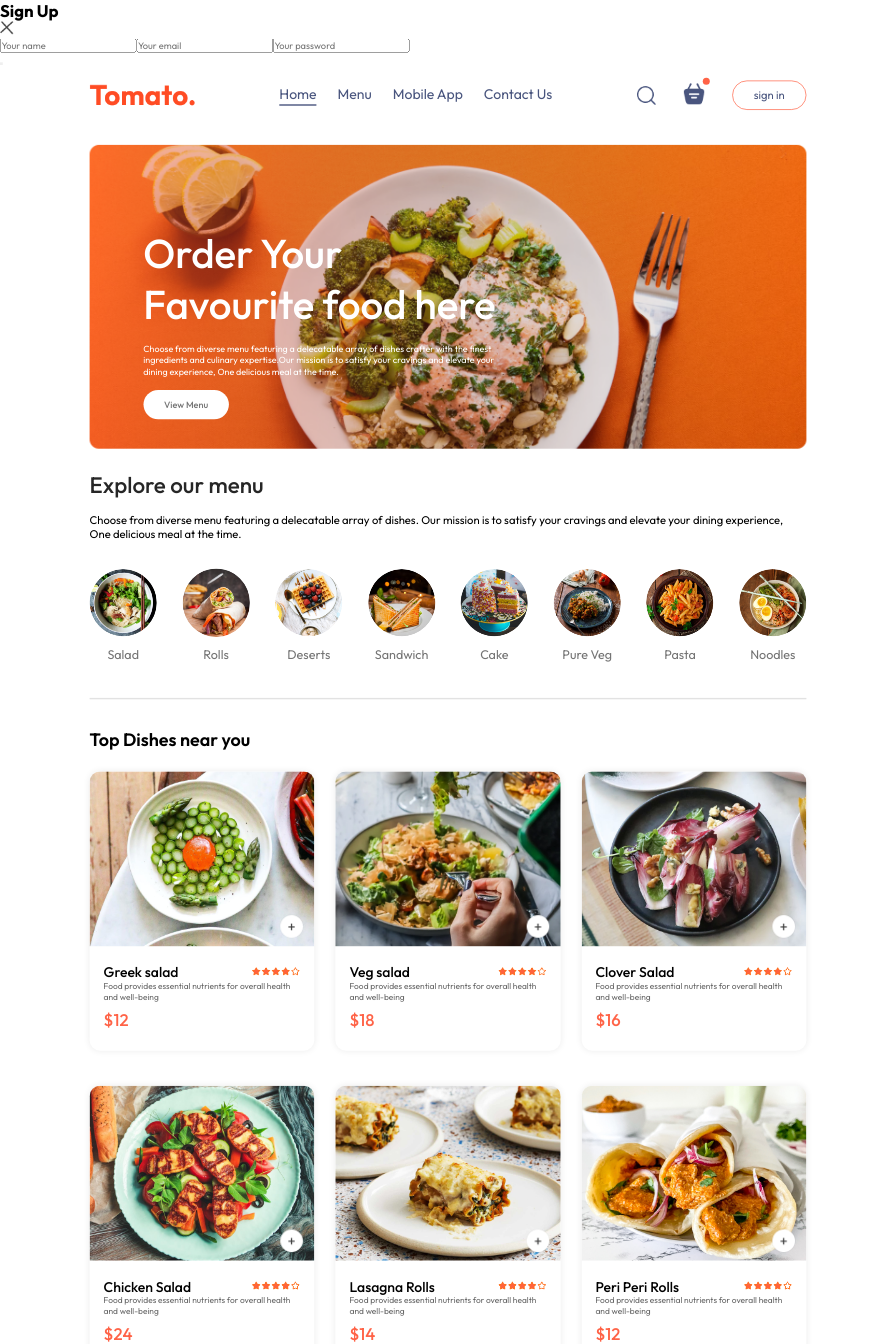
Repository: esakkiraj8104/FOOD_ORDER1
Page: /, after clicking the first element matching `button`
The author's editor kept a copy of each file at every save. The page is drawn from the files as they stood at one save, then again after a run of saves.
The browser window is 1280 px wide. The pictures show the part of the page from y = 0 to 1920 px (the page is 6808 px tall before and 6809 px after), at 70% of full size.
The project was rebuilt for these pictures with package versions that can differ from the ones it lists, and the page was loaded fresh each time. Also part of the build but not shown: vite.config.js, src/pages/Cart/Cart.css, src/pages/Cart/Cart.jsx, src/components/LoginPopup/LoginPopup.css. Imported but missing from the stored project, and not drawn on this page: src/pages/PlaceOrder/PlaceOrder.

Above is the page before, as saved 2025-05-17 14:07:26.

After the next 9 saves:
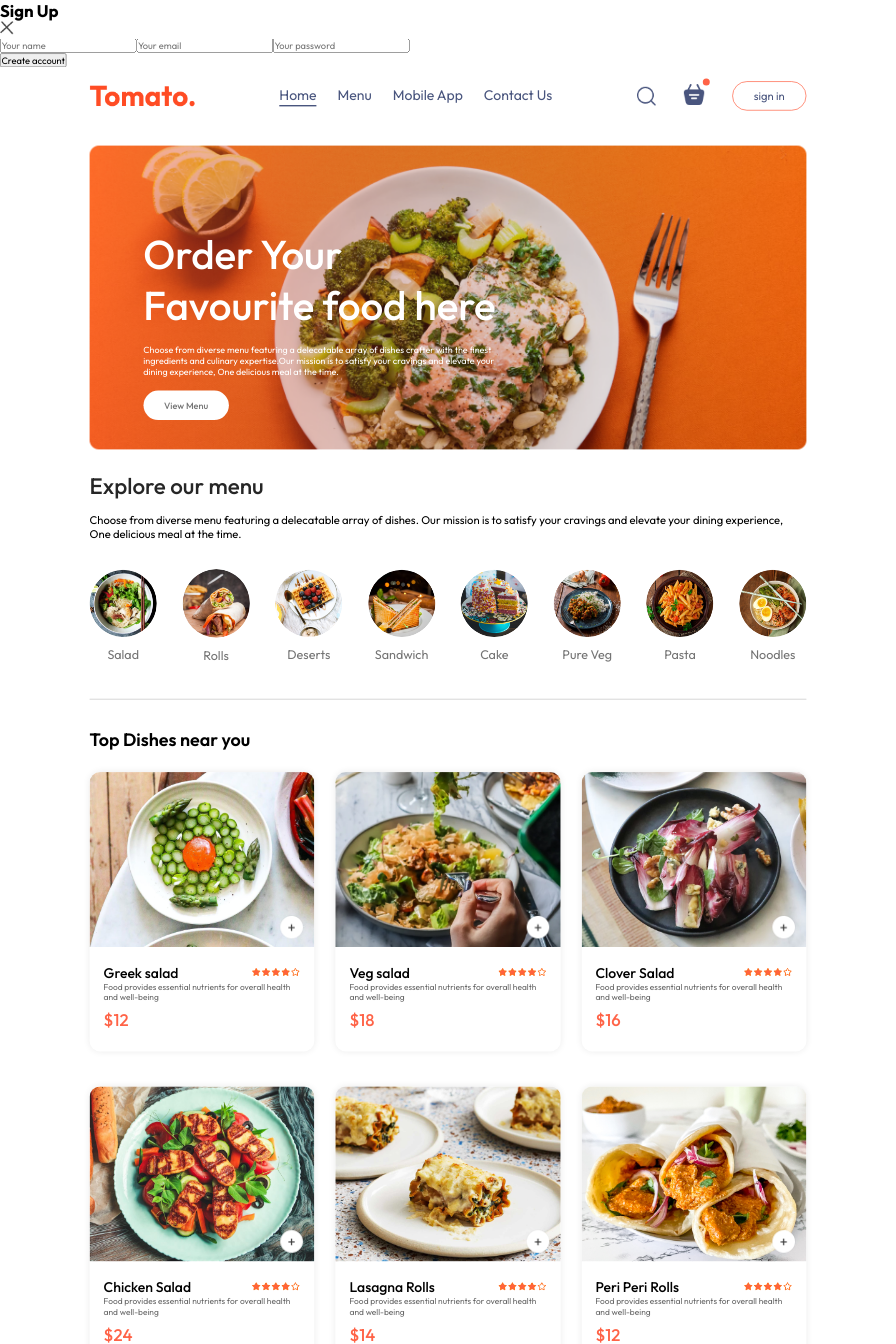
The 9 saves are shown as one change because 3 did not build or start and some came seconds apart.
The last was saved 50 s later.
--- a/src/components/LoginPopup/LoginPopup.jsx
+++ b/src/components/LoginPopup/LoginPopup.jsx
@@ -18,7 +18,7 @@ const LoginPopup = ({setShowLogin}) => {
           <input type="email" placeholder='Your email'required />
           <input type="password" placeholder='Your password'required />
         </div>
-        <button>{currState==="sig"}</button>
+        <button>{currState==="Sign Up"?"Create account":""}</button>
       </form>
     </div>
   )
